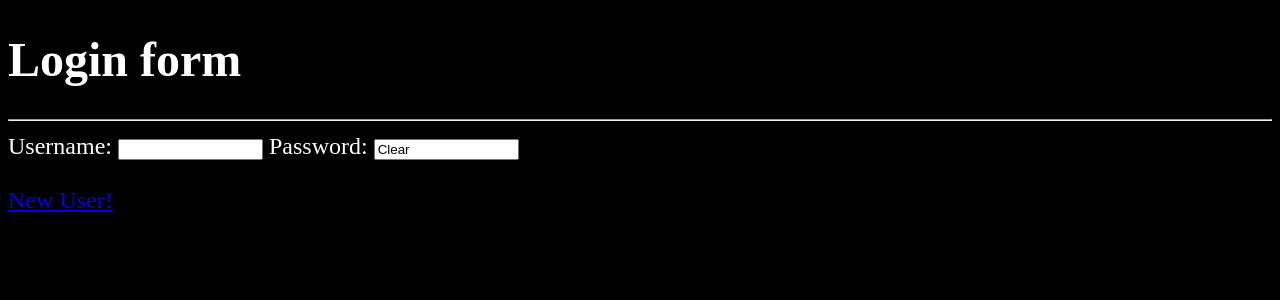
Repository: neerajagrrawal/Day8
Page: LoginApplication/WebContent/login.html
An editor plug-in stored every save of this project. The page is shown before and after the next save, followed by the edit.
The browser window is 1280 px wide. The pictures show the whole page.

Above is the page before, as saved 2018-09-05 11:55:46.

After the next save:
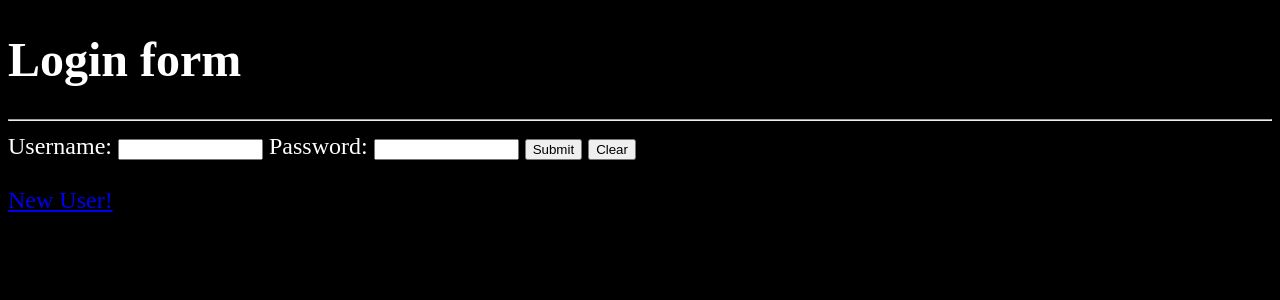
Saved 119 s later.
--- a/LoginApplication/WebContent/login.html
+++ b/LoginApplication/WebContent/login.html
@@ -12,7 +12,8 @@
 <label>Username:</label>
 <input type="text" name="username" size="15"/>
 <label>Password: </label>
-<input type="text" name="username" size="15/>
+<input type="text" name="pass" size="15"/>
+<input type="submit" value="Submit"/>
 <input type="reset" value="Clear"/>
 <br><br>
 <a href="registration.html">New User!</a>
